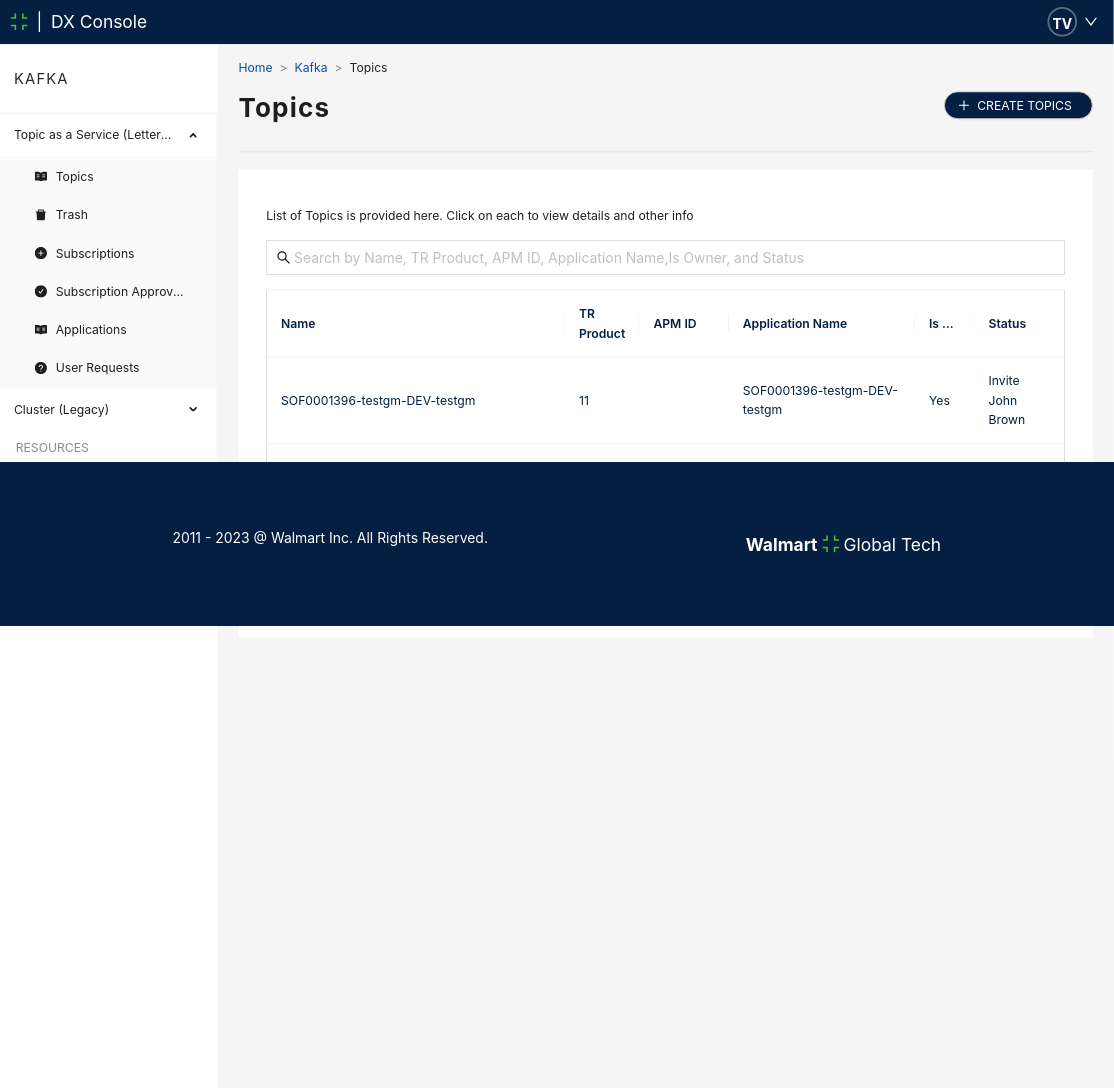
Repository: Qianying-Chai/kafka
Page: /kafka/topics
These files come from the project's save history. The page is drawn as it stood at one moment and after the next save; the edit follows.
The browser window is 1280 px wide. The pictures show the whole page, at 87% of full size.
The project was rebuilt for these pictures with package versions that can differ from the ones it lists, and the page was loaded fresh each time. Also part of the build but not shown: src/pages/Taas/Trash/Style/Trash.css, src/pages/Taas/Trash/Trash.jsx, src/pages/Taas/SubscriptionApprovals/SubscriptionApprovals.jsx, src/pages/Taas/Subscriptions/SubscriptionsNonProxy/SubscriptionsNonProxy.jsx, src/pages/Taas/Subscriptions/SubscriptionsProxy/SubscriptionsProxy.jsx, src/pages/Taas/Applications/Applications.jsx, src/pages/Taas/UserRequests/UserRequests.jsx, src/pages/Cluster/Style/Clusters.css and 7 more.

Above is the page before, as saved 2024-01-15 16:00:28.

### src/index.js
import React from "react";
import ReactDOM from "react-dom/client";
import App from "./App";
import { BrowserRouter } from "react-router-dom";
import { Provider } from "react-redux";
import store from "../src/redux/store";
import "./style/index.css";

const root = ReactDOM.createRoot(document.getElementById("root"));
root.render(
  <Provider store={store}>
    <BrowserRouter>
      <App />
    </BrowserRouter>
  </Provider>
);

### src/App.js
import Header from "./pages/common/Header";
import Sider from "./pages/common/Sider.jsx";
import categoryConstants from "./pages/common/categoryConstants";
import Topics from "./pages/Taas/Topics/Topics";
import Trash from "./pages/Taas/Trash/Trash";
import SubscriptionApprovals from "./pages/Taas/SubscriptionApprovals/SubscriptionApprovals";
import SubscriptionsNonProxy from "./pages/Taas/Subscriptions/SubscriptionsNonProxy/SubscriptionsNonProxy";
import SubscriptionsProxy from "./pages/Taas/Subscriptions/SubscriptionsProxy/SubscriptionsProxy";
import Applications from "./pages/Taas/Applications/Applications";
import UserRequests from "./pages/Taas/UserRequests/UserRequests";
import Clusters from "./pages/Cluster/Clusters";
import MigratedClusters from "./pages/Cluster/MigratedClusters";
import Subscription from "./pages/Cluster/Subscription";
import UserRequestsLegacy from "./pages/Cluster/UserRequestsLegacy";
import CreateTopics from "./pages/Taas/Topics/CreateTopics.jsx";
import Support from "./pages/Resources/Support";
import Footer from "./pages/common/Footer";
import { Routes, Route } from "react-router-dom";
import { Layout } from "antd";

function App() {
  return (
    <div className="App">
      <Layout>
        <Header />
        <Layout>
          <Sider />
          <Layout
            style={{
              padding: "0 24px 24px",
              height: "fit-content",
            }}
          >
            <Routes>
              <Route
                path={`kafka/${categoryConstants.TOPICS.toLowerCase()}`}
                element={<Topics />}
              />
              <Route
                path={`kafka/${categoryConstants.TOPICS.toLowerCase()}/create`}
                element={<CreateTopics />}
              />
              <Route
                path={`kafka/${categoryConstants.TRASH.toLowerCase()}`}
                element={<Trash />}
              />
              <Route
                path={`kafka/${categoryConstants.SUBSCRIPTIONS.toLowerCase()}_active_tab=nonProxy`}
                element={<SubscriptionsNonProxy />}
              />
              <Route
                path={`kafka/${categoryConstants.SUBSCRIPTIONS.toLowerCase()}_active_tab=proxy`}
                element={<SubscriptionsProxy />}
              />
              <Route
                path={`kafka/subscriptionRequests`}
                element={<SubscriptionApprovals />}
              />
              <Route
                path={`kafka/${categoryConstants.APPLICATIONS.toLowerCase()}`}
                element={<Applications />}
              />
              <Route path={`kafka/requests`} element={<UserRequests />} />
              <Route
                path={`kafka/${categoryConstants.CLUSTERS.toLowerCase()}`}
                element={<Clusters />}
              />
              <Route
                path={`kafka/migrated-clusters`}
                element={<MigratedClusters />}
              />
              <Route
                path={`kafka/mps-clusters-subscriptions`}
                element={<Subscription />}
              />
              <Route
                path={`kafka/legacy-requests`}
                element={<UserRequestsLegacy />}
              />
              <Route
                path={`kafka/${categoryConstants.SUPPORT.toLowerCase()}`}
                element={<Support />}
              />
            </Routes>
          </Layout>
        </Layout>
        <Footer />
      </Layout>
    </div>
  );
}

export default App;

### src/redux/store.jsx
import { configureStore } from "@reduxjs/toolkit";
import reducer from "./reducer";
const store = configureStore({ reducer: reducer });
export default store;

### src/pages/common/Header.jsx
import React from "react";
import "./Style/Header.css";
import { CompressOutlined, UpOutlined, DownOutlined } from "@ant-design/icons";
import { Layout } from "antd";
import { useState } from "react";
const Header = () => {
  const [login, setLogin] = useState(true);

  return (
    <Layout>
      <Layout.Header className="header">
        <div className="header-content-left">
          <CompressOutlined className="header-left-icon" />
          <span className="header-left-divider">|</span>
          <span className="header-left-dx-console">DX Console </span>
        </div>
        <div className="header-content-right">
          <div className="user">
            <div className="user-icon">TV</div>
            {login ? (
              <DownOutlined
                className="login-button"
                onClick={() => {
                  setLogin((state) => !state);
                }}
              />
            ) : (
              <UpOutlined
                className="logout-button"
                onClick={() => {
                  setLogin((state) => !state);
                }}
              />
            )}
          </div>
          <div
            className="logout-pop-up"
            style={{
              display: login ? "none" : "block",
            }}
          >
            LOGOUT
          </div>
        </div>
      </Layout.Header>
    </Layout>
  );
};
export default Header;

### src/pages/common/Sider.jsx
import React from "react";
import { Link } from "react-router-dom";
import "./Style/Sider.css";
import {
  ReadFilled,
  DeleteFilled,
  PlusCircleFilled,
  CheckCircleFilled,
  QuestionCircleFilled,
  HddFilled,
  SettingFilled,
} from "@ant-design/icons";
import { Layout, Menu, theme, ConfigProvider } from "antd";
import categoryConstants from "./categoryConstants";

const Sider = () => {
  const {
    token: { colorBgContainer },
  } = theme.useToken();

  const items = [
    {
      key: "Topic as a Service (Lettera)",
      label: "Topic as a Service (Lettera)",
      children: [
        {
          key: "Topics",
          label: (
            <Link to={`kafka/${categoryConstants.TOPICS.toLowerCase()}`}>
              {categoryConstants.TOPICS}
            </Link>
          ),
          icon: React.createElement(ReadFilled),
        },
        {
          key: "Trash",
          label: (
            <Link to={`kafka/${categoryConstants.TRASH.toLowerCase()}`}>
              {categoryConstants.TRASH}
            </Link>
          ),
          icon: React.createElement(DeleteFilled),
        },
        {
          key: "Subscriptions",
          label: (
            <Link
              to={`kafka/${categoryConstants.SUBSCRIPTIONS.toLowerCase()}_active_tab=nonProxy`}
            >
              {categoryConstants.SUBSCRIPTIONS}
            </Link>
          ),
          icon: React.createElement(PlusCircleFilled),
        },
        {
          key: "Subscription Approvals",
          label: (
            <Link to={`kafka/subscriptionRequests`}>
              {categoryConstants.SUBSCRIPTIONS_APPROVALS.replace("_", " ")}
            </Link>
          ),
          icon: React.createElement(CheckCircleFilled),
        },
        {
          key: "Applications",
          label: (
            <Link to={`kafka/${categoryConstants.APPLICATIONS.toLowerCase()}`}>
              {categoryConstants.APPLICATIONS}
            </Link>
          ),
          icon: React.createElement(ReadFilled),
        },
        {
          key: "User Requests",
          label: (
            <Link to={`kafka/requests`}>
              {categoryConstants.USER_REQUESTS.replace("_", " ")}
            </Link>
          ),
          icon: React.createElement(QuestionCircleFilled),
        },
      ],
    },
    {
      label: <div>Cluster (Legacy)</div>,
      key: "Cluster (Legacy)",
      children: [
        {
          key: "Clusters",
          label: (
            <Link to={`kafka/${categoryConstants.CLUSTERS.toLowerCase()}`}>
              {categoryConstants.CLUSTERS}
            </Link>
          ),
          icon: React.createElement(HddFilled),
        },
        {
          key: "Migrated Clusters",
          label: (
            <Link to={`kafka/migrated-clusters`}>
              {categoryConstants.MIGRATED_CLUSTERS.replace("_", " ")}
            </Link>
          ),
          icon: React.createElement(HddFilled),
        },
        {
          key: "Subscription",
          label: (
            <Link to={`kafka/mps-clusters-subscriptions`}>
              {categoryConstants.SUBSCRIPTION}
            </Link>
          ),
          icon: React.createElement(PlusCircleFilled),
        },
        {
          key: "User Requests (Legacy)",
          label: (
            <Link to={`kafka/legacy-requests`}>User Requests (Legacy)</Link>
          ),
          icon: React.createElement(QuestionCircleFilled),
        },
      ],
    },
    {
      label: <div>RESOURCES</div>,
      type: "group",
      key: "RESOURCES",
      children: [
        {
          key: "Supprot",
          label: (
            <Link to={`kafka/${categoryConstants.SUPPORT.toLowerCase()}`}>
              {categoryConstants.SUPPORT}
            </Link>
          ),
          icon: React.createElement(SettingFilled),
        },
      ],
    },
  ];

  return (
    <ConfigProvider
      theme={{
        components: {
          Menu: {
            itemHoverBg: "",
            itemHoverColor: "#1890ff",
            padding: 30,
          },
          Tabs: {
            inkBarColor: "rgb(4, 31, 65)",
          },
        },
      }}
    >
      <Layout.Sider
        className="sider"
        width={"250px"}
        style={{
          background: colorBgContainer,
        }}
      >
        <div className="slider-top">
          <span className="slider-top-content">KAFKA</span>
        </div>
        <div
          style={{
            marginLeft: "-12px",
          }}
        >
          <div></div>
          <Menu
            mode="inline"
            items={items}
            defaultOpenKeys={["Topic as a Service (Lettera)", "RESOURCES"]}
            style={{
              color: "#041f41",
            }}
          />
        </div>
      </Layout.Sider>
    </ConfigProvider>
  );
};
export default Sider;

### src/pages/common/categoryConstants.jsx
const categoryConstants = {
  TOPICS: "Topics",
  TRASH: "Trash",
  SUBSCRIPTIONS: "Subscriptions",
  SUBSCRIPTIONS_APPROVALS: "Subscription Approvals",
  APPLICATIONS: "Applications",
  USER_REQUESTS: "User Requests",
  CLUSTERS: "Clusters",
  MIGRATED_CLUSTERS: "Migrated Clusters",
  SUBSCRIPTION: "Subscription",
  USERE_REQUESTS_LEGACY: "User Requests (Legacy)",
  SUPPORT: "Support",
  CREATE_TOPICS: "Create Topics",
};

export default categoryConstants;

### src/pages/Taas/Topics/Topics.jsx
import React from "react";
import ComponentsTable from "../../Components/ComponentsTable";
import ComponentsInput from "../../Components/ComponentsInput";
import ComponentsPagination from "../../Components/ComponentsPagination";
import categoryConstants from "../../common/categoryConstants";
import ComponentsContent from "../../Components/ComponentsContent";
import ComponentsBreadcrumb from "../../Components/ComponentsBreadcrumb";
import ComponentsTitle from "../../Components/ComponentsTitle";
import { Space, Button } from "antd";
import { PlusOutlined } from "@ant-design/icons";
import { Link } from "react-router-dom";

const CreateTopics = () => {
  const columns = [
    {
      title: "Name",
      dataIndex: "Name",
      key: "Name",
      width: "40%",
      // render: (text) => <a>{text}</a>,
      render: (_, record) => (
        <Space size="middle">
          <a> SOF0001396-testgm-DEV-testgm</a>
        </Space>
      ),
    },
    {
      title: <div>TR Product</div>,
      dataIndex: "Topic Name",
      key: "Topic Name",
      width: "10%",
      render: (_, record) => (
        <Space size="middle">
          <a> 11</a>
        </Space>
      ),
    },
    {
      title: "APM ID",
      dataIndex: "APM ID",
      key: "APM ID",
      width: "12%",
    },
    {
      title: "Application Name",
      key: "Application on Name",
      dataIndex: "Application on Name",
      width: "25%",
      // render: (_, { tags }) => (
      //   <>
      //     {tags.map((tag) => {
      //       let color = tag.length > 5 ? "geekblue" : "green";
      //       if (tag === "loser") {
      //         color = "volcano";
      //       }
      //       return (
      //         <Tag color={color} key={tag}>
      //           {tag.toUpperCase()}
      //         </Tag>
      //       );
      //     })}
      //   </>
      // ),
      render: (_, record) => (
        <Space size="middle">
          <a> SOF0001396-testgm-DEV-testgm</a>
        </Space>
      ),
    },
    {
      title: "Is Owner",
      key: "Is Owner",
      width: "8%",
      ellipsis: true,
      render: (_, record) => (
        <Space size="middle">
          <a>Yes</a>
        </Space>
      ),
    },
    {
      title: "Status",
      key: "Status",
      width: "12%",
      render: (_, record) => (
        <Space size="middle">
          <a>Invite {record.name}</a>
        </Space>
      ),
    },
  ];
  const data = [
    {
      key: "1",
      name: "John Brown",
      age: 32,
      address: "New York No. 1 Lake Park",
      tags: ["nice", "developer"],
    },
    {
      key: "2",
      name: "Jim Green",
      age: 42,
      address: "London No. 1 Lake Park",
      tags: ["loser"],
    },
    {
      key: "3",
      name: "Joe Black",
      age: 32,
      address: "Sydney No. 1 Lake Park",
      tags: ["cool", "teacher"],
    },
  ];
  return (
    <>
      <div>
        <ComponentsBreadcrumb
          items={[
            {
              title: "Home",
            },
            {
              title: "Kafka",
            },
            {
              title: categoryConstants.TOPICS,
            },
          ]}
        />
        <div className="content-banner">
          <ComponentsTitle title={categoryConstants.TOPICS} />
          <Button shape="round" size="medium" className="content-banner-button">
            <PlusOutlined />
            {categoryConstants.CREATE_TOPICS.toUpperCase()}
            <Link
              to={`/kafka/${categoryConstants.TOPICS.toLowerCase()}/create`}
            ></Link>
          </Button>
        </div>
      </div>
      <ComponentsContent>
        <p className="content-text">
          List of Topics is provided here. Click on each to view details and
          other info
        </p>
        <ComponentsInput
          placeholder={
            "Search by Name, TR Product, APM ID, Application Name,Is Owner, and Status"
          }
        />
        <ComponentsTable columns={columns} data={data} />
        <ComponentsPagination showQuickJumper defaultPageSize={25} total={25} />
      </ComponentsContent>
    </>
  );
};
export default CreateTopics;

### src/pages/common/Footer.jsx
import React from "react";
import { Layout } from "antd";
import { CompressOutlined } from "@ant-design/icons";
import "./Style/Footer.css";

const Footer = () => {
  return (
    <Layout.Footer className="footer">
      <div className="footer-text-left">
        2011 - 2023 @ Walmart Inc. All Rights Reserved.
      </div>
      <div className="footer-text-right">
        <span className="footer-text-right-walmart">Walmart</span>
        <CompressOutlined className="footer-icon" />
        <span className="footer-text-right-global-tech">Global Tech</span>
      </div>
    </Layout.Footer>
  );
};

export default Footer;

### src/redux/reducer.jsx
import { SET_PATH_NAME, SET_SELECTED_TAAS_SUBSCRIPTIONS } from "./constants";
const initialState = {
  pathName: "",
  selectedTaasSubscriptions: "nonProxy",
};
const reducer = (state = initialState, action) => {
  const { type, payload } = action;
  switch (type) {
    case SET_PATH_NAME:
      return { ...state, pathName: payload };
    case SET_SELECTED_TAAS_SUBSCRIPTIONS:
      return { ...state, selectedTaasSubscriptions: payload };
    default:
      return state;
  }
};

export default reducer;

### src/pages/common/Style/Header.css
.header {
  justify-content: space-between;
  padding: 0 12px;
  background-color: rgb(4, 31, 65);
  height: 51px;
  line-height: 51px;
  color: #ffffff;
}

.header,
.user {
  display: flex;
}

.header-content-left {
  font-size: 20px;
}

.header-left-icon {
  color: #32cd32;
}

.header-left-divider {
  margin: 0 10px;
}

.header-content-right {
  font-weight: bolder;
  flex-direction: column;
  font-size: 1rem;
  width: 76px;
  padding-left: 12px;
}

.user {
  margin: 8px 0px;
}
.user-icon {
  height: 34px;
  line-height: 34px;
  width: 34px;
  border-radius: 50%;
  text-align: center;
}
.user-icon,
.logout-pop-up {
  border: 2px solid rgba(225, 225, 225, 0.4);
}

.login-button,
.logout-button {
  padding-left: 8px;
}

.logout-pop-up {
  transition: all 10s ease-out;
  width: 100px;
  height: 60px;
  line-height: 60px;
  position: absolute;
  right: 0px;
  z-index: 999;
  font-size: 15px;
  letter-spacing: 1pt;
  text-align: center;
  justify-content: center;
  color: rgb(94, 91, 91);
  box-shadow: 0px 0px 4px 4px rgba(176, 174, 174, 0.4);
}

### src/pages/common/Style/Sider.css
.sider {
  min-height: 1200px;
}

.slider-top {
  height: 80px;
  border-bottom: 1px solid rgb(239, 239, 239);
}
.slider-top-content {
  height: 100%;
  display: flex;
  align-items: center;
  margin-left: 16px;
  letter-spacing: 1pt;
  font-size: 17px;
  color: #000000d9;
}

### src/pages/Components/ComponentsTable.jsx
import { ConfigProvider, Table } from "antd";

const ComponentsTable = (props) => {
  return (
    <ConfigProvider
      theme={{
        components: {
          Table: {
            headerBg: "#ffffff",
            headerColor: "#041F41",
          },
        },
        token: {
          colorLink: "rgb(4, 31, 65)",
          borderRadius: 0,
        },
      }}
    >
      <Table
        style={{ border: "1px solid	#d7d7d7", margin: "12px 0" }}
        columns={props.columns}
        dataSource={props.data}
        pagination={false}
      />
    </ConfigProvider>
  );
};

export default ComponentsTable;

### src/pages/Components/ComponentsInput.jsx
import { SearchOutlined } from "@ant-design/icons";
import { Input } from "antd";

const ComponentsInput = (props) => {
  return (
    <>
      <Input
        size="large"
        placeholder={props.placeholder}
        prefix={<SearchOutlined />}
        style={{ borderRadius: "0px", marginBottom: "5px" }}
      />
    </>
  );
};

export default ComponentsInput;

### src/pages/Components/ComponentsPagination.jsx
import React from "react";
import { Pagination, ConfigProvider } from "antd";

const ComponentsPagination = (props) => {
  return (
    <>
      <ConfigProvider
        theme={{
          token: {
            borderRadius: 0,
          },
        }}
      >
        <Pagination
          defaultCurrent={1}
          size="small"
          showSizeChanger
          showQuickJumper={props.showQuickJumper}
          defaultPageSize={props.defaultPageSize}
          total={props.total}
          style={{ display: "flex", justifyContent: "end" }}
        />
      </ConfigProvider>
    </>
  );
};

export default ComponentsPagination;

### src/pages/Components/ComponentsContent.jsx
import React from "react";
import "../common/Style/Content.css";
import { Layout, theme } from "antd";

const ComponentsContent = (props) => {
  const {
    token: { colorBgContainer },
  } = theme.useToken();

  return (
    <div>
      <Layout.Content
        style={{
          padding: "20px 32px 32px",
          minHeight: 280,
          background: colorBgContainer,
        }}
        {...props}
      ></Layout.Content>
    </div>
  );
};
export default ComponentsContent;

### src/pages/Components/ComponentsBreadcrumb.jsx
import React from "react";
import { Breadcrumb, ConfigProvider } from "antd";

const ComponentsBreadcrumb = (props) => {
  return (
    <ConfigProvider
      theme={{
        components: {
          Breadcrumb: {
            lastItemColor: "#000000D9",
            linkColor: "#075179",
            itemColor: "#0751A9",
            linkHoverColor: "#F5F5F5",
          },
          token: {
            colorBgTextHover: "#F5F5F5",
          },
        },
      }}
    >
      <div>
        <Breadcrumb
          style={{
            margin: "16px 0",
          }}
          separator=">"
          items={props.items}
        ></Breadcrumb>
      </div>
    </ConfigProvider>
  );
};
export default ComponentsBreadcrumb;

### src/pages/Components/ComponentsTitle.jsx
import React from "react";
import { Typography, ConfigProvider } from "antd";
const { Title } = Typography;

const ComponentsTitle = (props) => {
  return (
    <>
      <ConfigProvider
        theme={{
          components: {
            token: {
              colorText: "#041E42",
            },
          },
        }}
      >
        <Title level={2} style={{ fontWeight: "bold" }}>
          {props.title}
        </Title>
      </ConfigProvider>
    </>
  );
};

export default ComponentsTitle;

### src/pages/common/Style/Footer.css
.footer {
  text-emphasis-style: center;
  background-color: #041f41;
  color: white;
  display: flex;
  justify-content: space-around;
  height: 189px;
  align-items: center;
  width: 100%;
  position: fixed;
  bottom: 0;
}

.footer-icon {
  font-size: 20px;
  color: #32cd32;
}

.footer-text-left {
  font-size: 16px;
  margin-bottom: 16px;
}

.footer-text-right {
  font-size: 20px;
}

.footer-text-right-walmart {
  font-weight: bold;
  padding-right: 5px;
}

.footer-text-right-global-tech {
  padding-left: 5px;
}

### src/redux/constants.jsx
const SET_PATH_NAME = "SET_PATH_NAME";
const SET_SELECTED_TAAS_SUBSCRIPTIONS = "SET_SELECTED_TAAS_SUBSCRIPTIONS";
export { SET_PATH_NAME };
export { SET_SELECTED_TAAS_SUBSCRIPTIONS };

### src/pages/common/Style/Content.css
.content-banner {
  height: 70px;
  display: flex;
  justify-content: space-between;
  background-color: #f5f5f5;
  color: #041e42;
  letter-spacing: 1pt;
  border-bottom: 1px solid rgba(167, 164, 164, 0.3);
  margin-bottom: 20px;
  padding-bottom: 15px;
}

.content-banner-button {
  background-color: #041f41;
  color: #ffffff;
}

.content-text {
  margin: 24px 0 20px;
}

Loaded but not shown: public/index.html (common file); src/style/index.css (common file)

After the next save:
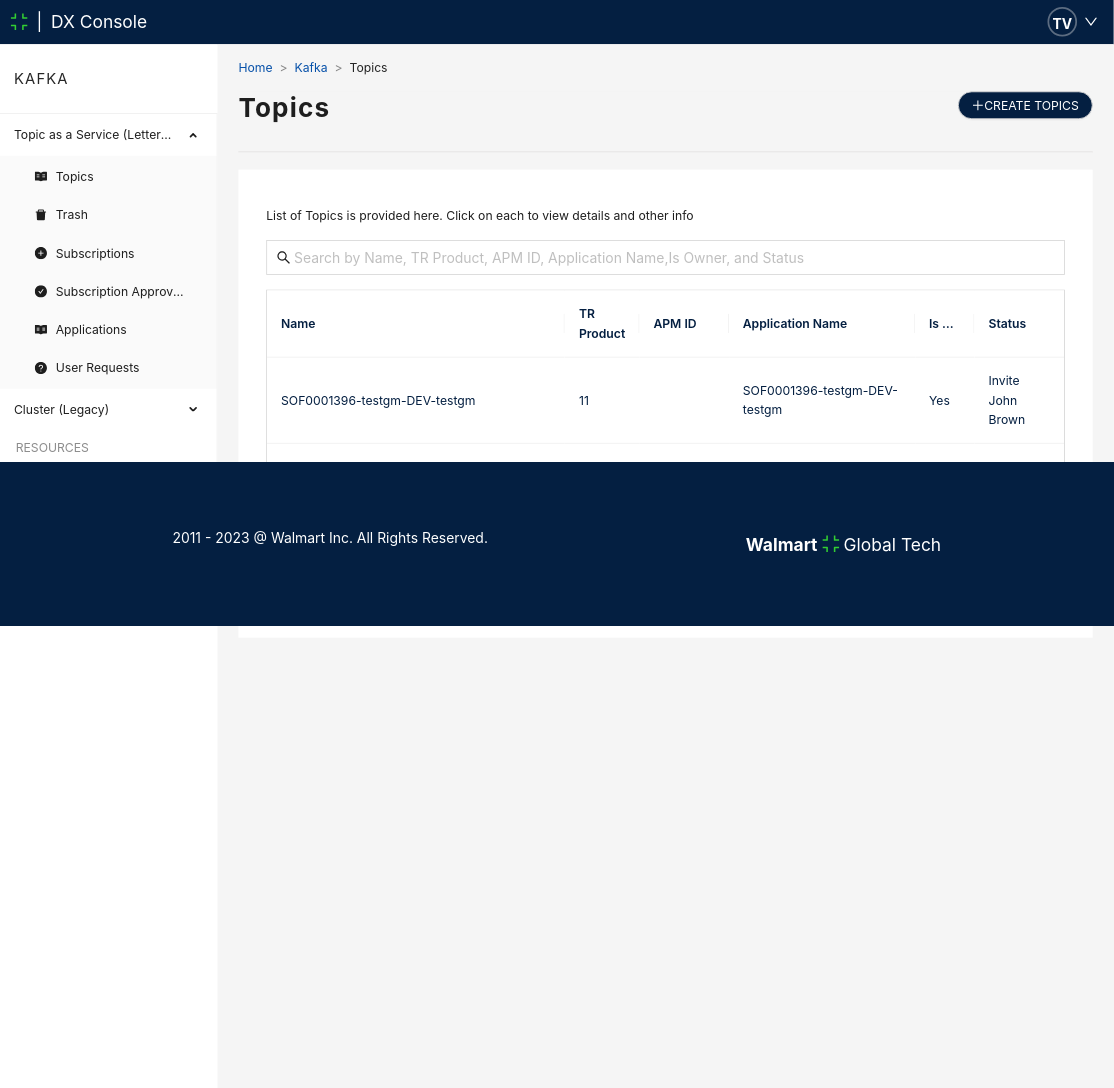
Saved 22 s later.
--- a/src/pages/Taas/Topics/Topics.jsx
+++ b/src/pages/Taas/Topics/Topics.jsx
@@ -131,11 +131,13 @@
         <div className="content-banner">
           <ComponentsTitle title={categoryConstants.TOPICS} />
           <Button shape="round" size="medium" className="content-banner-button">
-            <PlusOutlined />
-            {categoryConstants.CREATE_TOPICS.toUpperCase()}
             <Link
               to={`/kafka/${categoryConstants.TOPICS.toLowerCase()}/create`}
-            ></Link>
+            >
+              {" "}
+              <PlusOutlined />
+              {categoryConstants.CREATE_TOPICS.toUpperCase()}
+            </Link>
           </Button>
         </div>
       </div>
